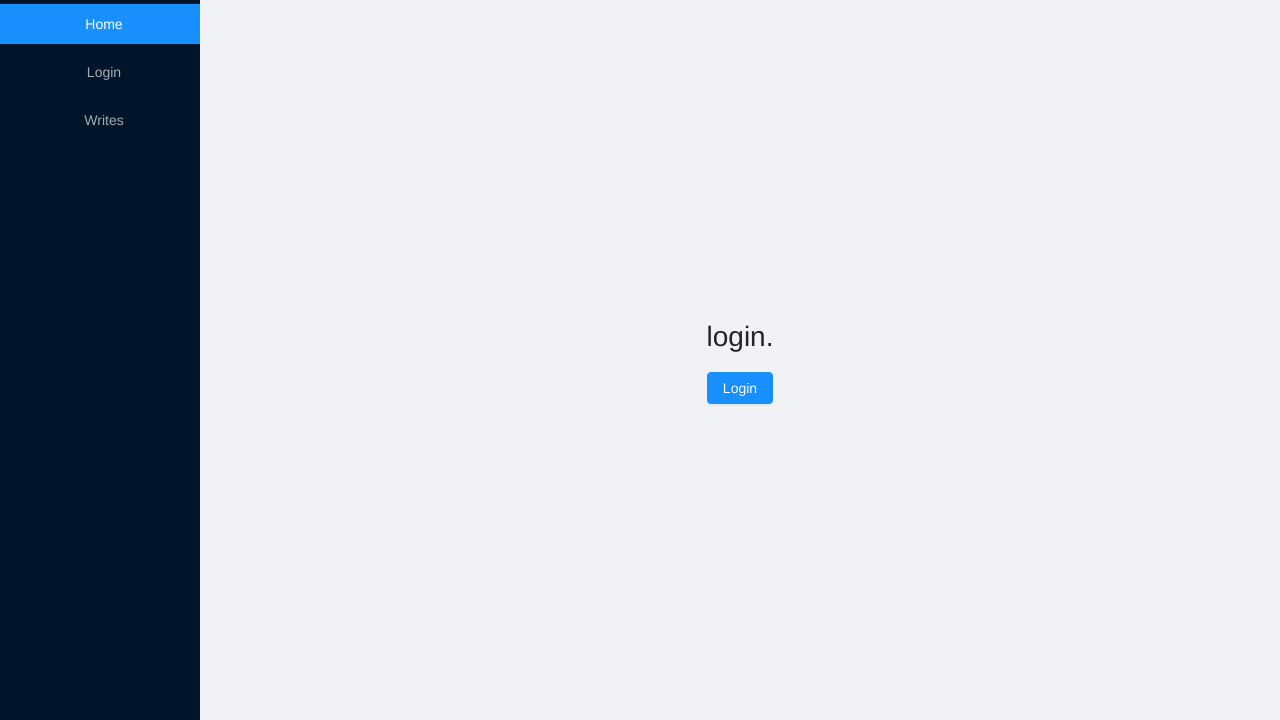
Repository: writesapp/mod
Page: /login
These files come from the project's save history. The page is drawn as it stood at one moment and after the next save; the edit follows.
The browser window is 1280 px wide. The pictures show the whole page.
The project was rebuilt for these pictures with package versions that can differ from the ones it lists, and the page was loaded fresh each time. Also part of the build but not shown: src/views/Home.vue, src/views/Writes.vue.

Above is the page before, as saved 2020-07-09 16:27:40.

After the next save:
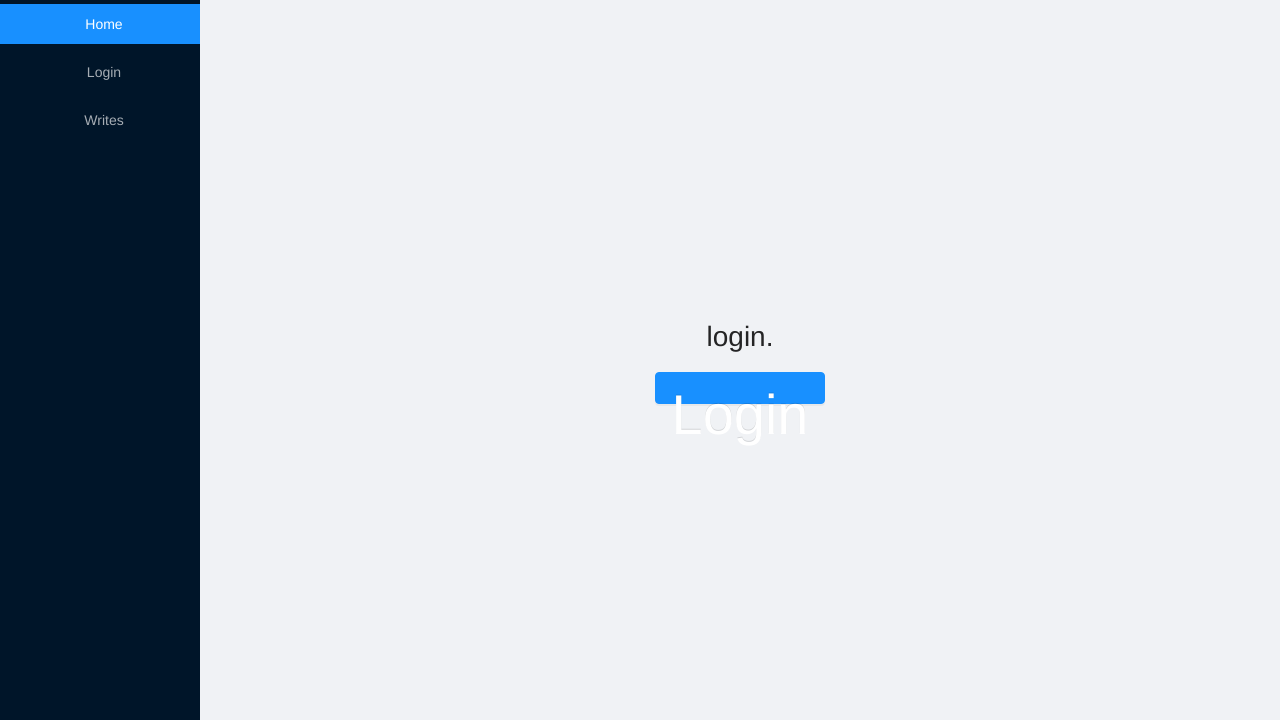
Saved 51 s later.
--- a/src/views/Login.vue
+++ b/src/views/Login.vue
@@ -33,9 +33,7 @@ export default {
     font-size: 2em;
   }
 
-  a-button {
-    height: 80px;
-    width: 160px;
+  .ant-btn {
     font-size: 4em;
   }
 
